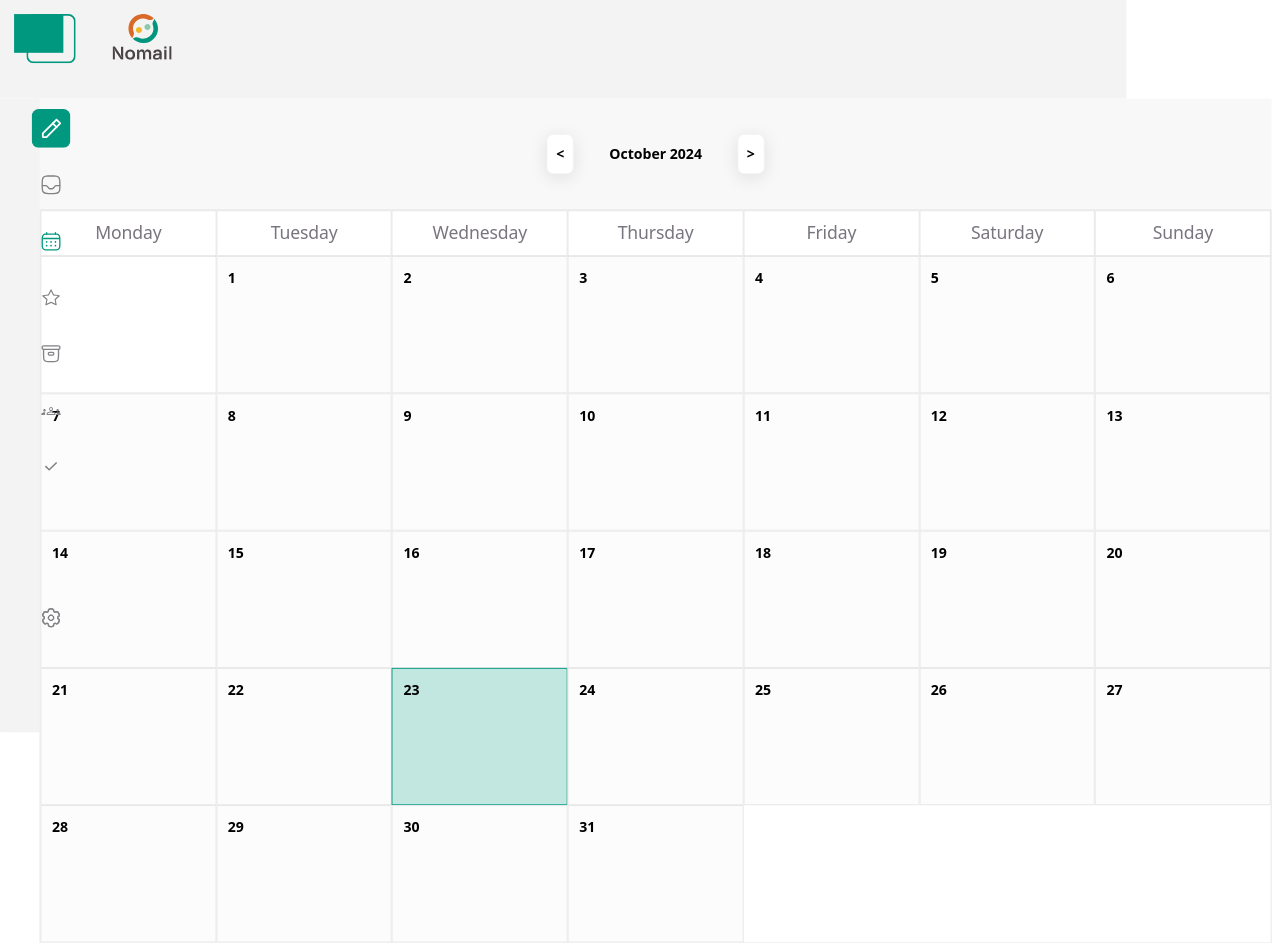
Repository: Tofigkh1/Nomail-App
Page: /calendar
These files come from the project's save history. The page is drawn as it stood at one moment and after the next save; the edit follows.
The browser window is 1280 px wide. The page is 1445 px wide, then 1280 px, so the pictures cover 1445 px, including what lies to the right of the window. The pictures show the whole page, at 88% of full size.
The project was rebuilt for these pictures with package versions that can differ from the ones it lists, and the page was loaded fresh each time. The framework's server and built-in components were replaced by stand-ins that run in the browser. Also part of the build but not shown: next.config.mjs, components/shared/svg/calendarSvg.jsx.

Above is the page before, as saved 2024-10-23 03:19:14.

### app/layout.tsx
import type { Metadata } from "next";
import localFont from "next/font/local";
import "./Styles/globals.css";
import Header from "@/components/shared/client/Header/header";

const geistSans = localFont({
  src: "./fonts/GeistVF.woff",
  variable: "--font-geist-sans",
  weight: "100 900",
});
const geistMono = localFont({
  src: "./fonts/GeistMonoVF.woff",
  variable: "--font-geist-mono",
  weight: "100 900",
});

export const metadata: Metadata = {
  title: "Create Next App",
  description: "Generated by create next app",
};

export default function RootLayout({
  children,
}: Readonly<{
  children: React.ReactNode;
}>) {
  return (
    <html lang="en">
      <body
        className={`${geistSans.variable} ${geistMono.variable} antialiased`}
      >
        {children}

      </body>
    </html>
  );
}

### app/Styles/globals.css
@tailwind base;
@tailwind components;
@tailwind utilities;


.App {
  font-family: sans-serif;
  text-align: center;
}


:root {
  --background: #ffffff;
  --foreground: #171717;
}

@media (prefers-color-scheme: dark) {
  :root {
    --background: #0a0a0a;
    --foreground: #ededed;
  }
}


@layer utilities {
  .text-balance {
    text-wrap: balance;
  }
}

### components/shared/client/Header/header.tsx
import { useContext } from "react";
import { SidebarContext } from '../SideBarMenu/sideBarMenu'; // Import context
import NomailLogo from "@/components/shared/svg/headerlLogoSvg";
import HamburgerBtnSvg from "../../svg/hamburgerBtnSvg"



export default function Header() {

    const { expanded, setExpanded } = useContext(SidebarContext); // Access context

    return (
        <div className="flex items-center justify-between p-4 bg-headerColor text-white">
            <div className='w-auto h-20 flex gap-14'>

                <div>
                    <button onClick={() => setExpanded(!expanded)}
                            className="pl-3.5 bg-textColorGreen hover:bg-clientButtonGreen w-14 h-11">
                        <HamburgerBtnSvg/>
                    </button>
                </div>

                <div>
                    <NomailLogo/>
                </div>


            </div>
        </div>
    );
}

### components/shared/client/SideBarMenu/sideBarMenu.tsx
import React, { useState, useContext, ReactNode } from "react";
import { ChevronFirst, ChevronLast } from "lucide-react";

export const SidebarContext = React.createContext<{ expanded: boolean; setExpanded: (expanded: boolean) => void; }>({
    expanded: false,
    setExpanded: () => {},
});

// Sidebar component now depends on context for state
export default function Sidebar({ children }: { children: ReactNode }) {
    const { expanded, setExpanded } = useContext(SidebarContext);

    return (
        <aside className="h-screen bg-headerColor">
            <nav
                className={`h-full flex flex-col bg-headerColor border-r border-whiteLight3 transition-all duration-200 ease-in-out ml-3 ${expanded ? "w-[127%] h-[130%] " : "w-[99px]"}`}>

                <ul className=" flex-1 px-3">{children}</ul>
            </nav>
        </aside>
    );
}

// SidebarItem component for individual items inside the sidebar
type SidebarItemProps = {
    icon: ReactNode;   // Icon to display in the sidebar item
    text: string;      // Text to display in the sidebar item
    active: boolean;   // Boolean to determine if the item is active (highlighted)
    onClick: () => void; // Add onClick function to handle clicks
    style?: React.CSSProperties;
};

export function SidebarItem({icon, text, active, onClick,style}: SidebarItemProps) {
    const context = useContext(SidebarContext); // Sidebar context to manage expanded/collapsed state
    const {expanded} = context!;

    return (
        <li
            onClick={onClick} // Attach the click handler here
            style={style}
            className={`group relative flex items-center py-2 px-3 my-1 font-medium rounded-md cursor-pointer duration-300 ease-in-out transition-colors
          ${
                active
                    ? " text-mainRedLight " // Active item style
                    : " text-gray-600 " // Hover style for non-active items
            }`}
        >

            <span className="text-xl transition-all duration-300 ease-in-out">
        {icon}
      </span>

            {/* Text büyütüldü ve boşluk artırıldı */}
            {expanded && (
                <span className="ml-4 text-xl text-black transition-all duration-300 ease-in-out ">
          {text}
        </span>
            )}

            {/* Navbar kapalıyken hover ile çıkan isimler için arka plan yeşil yapıldı */}
            {!expanded && (
                <span
                    className={` absolute left-full whitespace-nowrap bg-textColorGreen text-white rounded-md py-1 px-2 transition-all duration-300 ease-in-out ml-2 opacity-0 group-hover:opacity-100`}
                >
          {text}
        </span>
            )}
        </li>
    );
}

### components/shared/svg/newMail.jsx
'use client'
export default function  newMail(){
    return(
        <>
            <svg width="44" height="44" viewBox="0 0 44 44" fill="none" xmlns="http://www.w3.org/2000/svg">
                <rect width="44" height="44" rx="8" fill="#00987F"/>
                <path fill-rule="evenodd" clip-rule="evenodd"
                      d="M27.5115 11.2439C27.902 10.8534 28.5351 10.8534 28.9257 11.2438L33.1687 15.4863C33.3562 15.6739 33.4616 15.9282 33.4616 16.1935C33.4616 16.4587 33.3562 16.7131 33.1687 16.9006L17.6122 32.4571C17.4247 32.6446 17.1703 32.75 16.9051 32.75H12.6626C12.1103 32.75 11.6626 32.3023 11.6626 31.75V27.5075C11.6626 27.2423 11.768 26.9879 11.9555 26.8004L27.5115 11.2439ZM28.2187 13.3652L13.6626 27.9217V30.75H16.4909L31.0473 16.1935L28.2187 13.3652Z"
                      fill="white"/>
                <path fill-rule="evenodd" clip-rule="evenodd"
                      d="M23.269 15.4864C23.6595 15.0959 24.2927 15.0959 24.6832 15.4864L28.9257 19.7289C29.3162 20.1194 29.3162 20.7526 28.9257 21.1431C28.5352 21.5336 27.902 21.5336 27.5115 21.1431L23.269 16.9006C22.8784 16.5101 22.8784 15.8769 23.269 15.4864Z"
                      fill="white"/>
            </svg>


        </>
    )
}

### components/shared/svg/FavoritesSvg.jsx
'use client'
export default function  favoritesSvg(){
    return(
        <>
            <svg width="44" height="44" viewBox="0 0 44 44" fill="none" xmlns="http://www.w3.org/2000/svg">
                <path
                    d="M15.5808 30.2201C15.4833 30.7528 16.0307 31.1692 16.5132 30.9316L22.0006 28.2246L27.4868 30.9316C27.9693 31.1692 28.5168 30.7528 28.4193 30.2213L27.3818 24.5457L31.7842 20.5188C32.1967 20.142 31.9842 19.4533 31.4317 19.3789L25.3093 18.5438L22.5794 13.3517C22.5274 13.2465 22.4453 13.1576 22.3428 13.0953C22.2402 13.0331 22.1214 13 22 13C21.8787 13 21.7598 13.0331 21.6573 13.0953C21.5547 13.1576 21.4727 13.2465 21.4206 13.3517L18.6907 18.545L12.5683 19.3801C12.0171 19.4545 11.8033 20.1432 12.2146 20.52L16.6182 24.5469L15.5808 30.2225V30.2201ZM21.7119 26.8999L17.1045 29.1725L17.972 24.4245C17.9928 24.3152 17.9852 24.2026 17.9496 24.0969C17.914 23.9911 17.8517 23.8955 17.7682 23.8185L14.1358 20.4948L19.2007 19.8037C19.3054 19.788 19.4046 19.7484 19.4901 19.6883C19.5756 19.6281 19.6448 19.5492 19.6919 19.4581L21.9981 15.0688L24.3068 19.4581C24.354 19.5492 24.4232 19.6281 24.5086 19.6883C24.5941 19.7484 24.6934 19.788 24.7981 19.8037L29.863 20.4936L26.2306 23.8173C26.1469 23.8944 26.0844 23.9903 26.0488 24.0962C26.0133 24.2022 26.0057 24.315 26.0268 24.4245L26.8943 29.1725L22.2869 26.8999C22.1979 26.8555 22.0991 26.8324 21.9988 26.8324C21.8985 26.8324 21.8009 26.8555 21.7119 26.8999Z"
                    fill="#A4A4A9"/>
                <path
                    d="M15.5808 30.2201C15.4833 30.7528 16.0307 31.1692 16.5132 30.9316L22.0006 28.2246L27.4868 30.9316C27.9693 31.1692 28.5168 30.7528 28.4193 30.2213L27.3818 24.5457L31.7842 20.5188C32.1967 20.142 31.9842 19.4533 31.4317 19.3789L25.3093 18.5438L22.5794 13.3517C22.5274 13.2465 22.4453 13.1576 22.3428 13.0953C22.2402 13.0331 22.1214 13 22 13C21.8787 13 21.7598 13.0331 21.6573 13.0953C21.5547 13.1576 21.4727 13.2465 21.4206 13.3517L18.6907 18.545L12.5683 19.3801C12.0171 19.4545 11.8033 20.1432 12.2146 20.52L16.6182 24.5469L15.5808 30.2225V30.2201ZM21.7119 26.8999L17.1045 29.1725L17.972 24.4245C17.9928 24.3152 17.9852 24.2026 17.9496 24.0969C17.914 23.9911 17.8517 23.8955 17.7682 23.8185L14.1358 20.4948L19.2007 19.8037C19.3054 19.788 19.4046 19.7484 19.4901 19.6883C19.5756 19.6281 19.6448 19.5492 19.6919 19.4581L21.9981 15.0688L24.3068 19.4581C24.354 19.5492 24.4232 19.6281 24.5086 19.6883C24.5941 19.7484 24.6934 19.788 24.7981 19.8037L29.863 20.4936L26.2306 23.8173C26.1469 23.8944 26.0844 23.9903 26.0488 24.0962C26.0133 24.2022 26.0057 24.315 26.0268 24.4245L26.8943 29.1725L22.2869 26.8999C22.1979 26.8555 22.0991 26.8324 21.9988 26.8324C21.8985 26.8324 21.8009 26.8555 21.7119 26.8999Z"
                    fill="black" fill-opacity="0.2"/>
            </svg>


        </>
    )
}

### components/shared/svg/ArchiveSvg.jsx
'use client'
export default function archiveSvg(){
    return(
        <>
            <svg width="44" height="44" viewBox="0 0 44 44" fill="none" xmlns="http://www.w3.org/2000/svg">
                <path
                    d="M19 22C19 21.534 19 21.301 19.076 21.117C19.1777 20.8725 19.3723 20.6783 19.617 20.577C19.801 20.5 20.034 20.5 20.5 20.5H23.5C23.966 20.5 24.199 20.5 24.383 20.576C24.6275 20.6777 24.8217 20.8723 24.923 21.117C25 21.301 25 21.534 25 22C25 22.466 25 22.699 24.924 22.883C24.8223 23.1275 24.6277 23.3217 24.383 23.423C24.199 23.5 23.966 23.5 23.5 23.5H20.5C20.034 23.5 19.801 23.5 19.617 23.424C19.3725 23.3223 19.1783 23.1277 19.077 22.883C19 22.699 19 22.466 19 22Z"
                    stroke="#A4A4A9" stroke-width="1.5"/>
                <path
                    d="M19 22C19 21.534 19 21.301 19.076 21.117C19.1777 20.8725 19.3723 20.6783 19.617 20.577C19.801 20.5 20.034 20.5 20.5 20.5H23.5C23.966 20.5 24.199 20.5 24.383 20.576C24.6275 20.6777 24.8217 20.8723 24.923 21.117C25 21.301 25 21.534 25 22C25 22.466 25 22.699 24.924 22.883C24.8223 23.1275 24.6277 23.3217 24.383 23.423C24.199 23.5 23.966 23.5 23.5 23.5H20.5C20.034 23.5 19.801 23.5 19.617 23.424C19.3725 23.3223 19.1783 23.1277 19.077 22.883C19 22.699 19 22.466 19 22Z"
                    stroke="black" stroke-opacity="0.2" stroke-width="1.5"/>
                <path
                    d="M30.5 17V23C30.5 26.771 30.5 28.657 29.328 29.828C28.157 31 26.271 31 22.5 31H21.5C17.729 31 15.843 31 14.672 29.828C13.5 28.657 13.5 26.771 13.5 23V17"
                    stroke="#A4A4A9" stroke-width="1.5" stroke-linecap="round"/>
                <path
                    d="M30.5 17V23C30.5 26.771 30.5 28.657 29.328 29.828C28.157 31 26.271 31 22.5 31H21.5C17.729 31 15.843 31 14.672 29.828C13.5 28.657 13.5 26.771 13.5 23V17"
                    stroke="black" stroke-opacity="0.2" stroke-width="1.5" stroke-linecap="round"/>
                <path
                    d="M12 15C12 14.057 12 13.586 12.293 13.293C12.586 13 13.057 13 14 13H30C30.943 13 31.414 13 31.707 13.293C32 13.586 32 14.057 32 15C32 15.943 32 16.414 31.707 16.707C31.414 17 30.943 17 30 17H14C13.057 17 12.586 17 12.293 16.707C12 16.414 12 15.943 12 15Z"
                    stroke="#A4A4A9" stroke-width="1.5"/>
                <path
                    d="M12 15C12 14.057 12 13.586 12.293 13.293C12.586 13 13.057 13 14 13H30C30.943 13 31.414 13 31.707 13.293C32 13.586 32 14.057 32 15C32 15.943 32 16.414 31.707 16.707C31.414 17 30.943 17 30 17H14C13.057 17 12.586 17 12.293 16.707C12 16.414 12 15.943 12 15Z"
                    stroke="black" stroke-opacity="0.2" stroke-width="1.5"/>
            </svg>

        </>
    )
}

### components/shared/svg/TodoSvg.jsx
'use client'
export default function  todoSvg(){
    return(
        <>
            <svg width="44" height="44" viewBox="0 0 44 44" fill="none" xmlns="http://www.w3.org/2000/svg">
                <path d="M19.8957 27L15 22.2599L16.2239 21.0748L19.8957 24.6299L27.7761 17L29 18.185L19.8957 27Z"
                      fill="#A4A4A9"/>
                <path d="M19.8957 27L15 22.2599L16.2239 21.0748L19.8957 24.6299L27.7761 17L29 18.185L19.8957 27Z"
                      fill="black" fill-opacity="0.2"/>
            </svg>

        </>
    )
}

### components/shared/svg/calendarActiveSvg.jsx
'use client'
export default function  calendarActiveSvg(){
    return(
        <>



     <svg width="44" height="44" viewBox="0 0 44 44" fill="none" xmlns="http://www.w3.org/2000/svg">
<path fill-rule="evenodd" clip-rule="evenodd" d="M15.711 14.8898C14.7049 15.0251 14.1254 15.2789 13.7026 15.7021C13.2793 16.125 13.0251 16.7049 12.8898 17.711C12.7516 18.7386 12.75 20.0933 12.75 22V24C12.75 25.9067 12.7516 27.2614 12.8898 28.289C13.0251 29.2951 13.2789 29.8746 13.7021 30.2974C14.125 30.7207 14.7049 30.9749 15.711 31.1102C16.7386 31.2484 18.0933 31.25 20 31.25H24C25.9067 31.25 27.2614 31.2484 28.289 31.1102C29.2951 30.9749 29.8746 30.7211 30.2974 30.2979C30.7207 29.875 30.9749 29.2951 31.1102 28.289C31.2484 27.2614 31.25 25.9067 31.25 24V22C31.25 20.0933 31.2484 18.7386 31.1102 17.711C30.9749 16.7049 30.7211 16.1254 30.2979 15.7026C29.875 15.2793 29.2951 15.0251 28.289 14.8898C27.2614 14.7516 25.9067 14.75 24 14.75H20C18.0933 14.75 16.7386 14.7516 15.711 14.8898ZM19.9436 13.25H24.0564C25.8941 13.25 27.3497 13.25 28.489 13.4032C29.6612 13.5608 30.6101 13.893 31.3581 14.6414C32.1069 15.3896 32.4391 16.3386 32.5968 17.511C32.75 18.6503 32.75 20.1059 32.75 21.9436V24.0565C32.75 25.8941 32.75 27.3498 32.5968 28.489C32.4391 29.6613 32.1069 30.6102 31.3583 31.3583C30.6102 32.1069 29.6613 32.4391 28.489 32.5968C27.3498 32.75 25.8941 32.75 24.0565 32.75H19.9436C18.1059 32.75 16.6503 32.75 15.511 32.5968C14.3386 32.4391 13.3896 32.1069 12.6414 31.3581C11.893 30.6101 11.5608 29.6612 11.4032 28.489C11.25 27.3497 11.25 25.8941 11.25 24.0564V21.9436C11.25 20.1059 11.25 18.6503 11.4032 17.511C11.5609 16.3387 11.8931 15.3898 12.6417 14.6417C13.3898 13.8931 14.3387 13.5609 15.511 13.4032C16.6503 13.25 18.1059 13.25 19.9436 13.25Z" fill="#00987F"/>
<path fill-rule="evenodd" clip-rule="evenodd" d="M17 11.75C17.4142 11.75 17.75 12.0858 17.75 12.5V14C17.75 14.4142 17.4142 14.75 17 14.75C16.5858 14.75 16.25 14.4142 16.25 14V12.5C16.25 12.0858 16.5858 11.75 17 11.75ZM27 11.75C27.4142 11.75 27.75 12.0858 27.75 12.5V14C27.75 14.4142 27.4142 14.75 27 14.75C26.5858 14.75 26.25 14.4142 26.25 14V12.5C26.25 12.0858 26.5858 11.75 27 11.75ZM11.75 19C11.75 18.5858 12.0858 18.25 12.5 18.25H31.5C31.9142 18.25 32.25 18.5858 32.25 19C32.25 19.4142 31.9142 19.75 31.5 19.75H12.5C12.0858 19.75 11.75 19.4142 11.75 19Z" fill="#00987F"/>
<path d="M28 27C28 27.2652 27.8946 27.5196 27.7071 27.7071C27.5196 27.8946 27.2652 28 27 28C26.7348 28 26.4804 27.8946 26.2929 27.7071C26.1054 27.5196 26 27.2652 26 27C26 26.7348 26.1054 26.4804 26.2929 26.2929C26.4804 26.1054 26.7348 26 27 26C27.2652 26 27.5196 26.1054 27.7071 26.2929C27.8946 26.4804 28 26.7348 28 27ZM28 23C28 23.2652 27.8946 23.5196 27.7071 23.7071C27.5196 23.8946 27.2652 24 27 24C26.7348 24 26.4804 23.8946 26.2929 23.7071C26.1054 23.5196 26 23.2652 26 23C26 22.7348 26.1054 22.4804 26.2929 22.2929C26.4804 22.1054 26.7348 22 27 22C27.2652 22 27.5196 22.1054 27.7071 22.2929C27.8946 22.4804 28 22.7348 28 23ZM23 27C23 27.2652 22.8946 27.5196 22.7071 27.7071C22.5196 27.8946 22.2652 28 22 28C21.7348 28 21.4804 27.8946 21.2929 27.7071C21.1054 27.5196 21 27.2652 21 27C21 26.7348 21.1054 26.4804 21.2929 26.2929C21.4804 26.1054 21.7348 26 22 26C22.2652 26 22.5196 26.1054 22.7071 26.2929C22.8946 26.4804 23 26.7348 23 27ZM23 23C23 23.2652 22.8946 23.5196 22.7071 23.7071C22.5196 23.8946 22.2652 24 22 24C21.7348 24 21.4804 23.8946 21.2929 23.7071C21.1054 23.5196 21 23.2652 21 23C21 22.7348 21.1054 22.4804 21.2929 22.2929C21.4804 22.1054 21.7348 22 22 22C22.2652 22 22.5196 22.1054 22.7071 22.2929C22.8946 22.4804 23 22.7348 23 23ZM18 27C18 27.2652 17.8946 27.5196 17.7071 27.7071C17.5196 27.8946 17.2652 28 17 28C16.7348 28 16.4804 27.8946 16.2929 27.7071C16.1054 27.5196 16 27.2652 16 27C16 26.7348 16.1054 26.4804 16.2929 26.2929C16.4804 26.1054 16.7348 26 17 26C17.2652 26 17.5196 26.1054 17.7071 26.2929C17.8946 26.4804 18 26.7348 18 27ZM18 23C18 23.2652 17.8946 23.5196 17.7071 23.7071C17.5196 23.8946 17.2652 24 17 24C16.7348 24 16.4804 23.8946 16.2929 23.7071C16.1054 23.5196 16 23.2652 16 23C16 22.7348 16.1054 22.4804 16.2929 22.2929C16.4804 22.1054 16.7348 22 17 22C17.2652 22 17.5196 22.1054 17.7071 22.2929C17.8946 22.4804 18 22.7348 18 23Z" fill="#00987F"/>
</svg>



        </>
    )
}

### components/shared/svg/hamburgerBtnSvg.jsx
'use client'
export default function  HamburgerBtnSvg(){
    return(
        <>
            <svg width="56" height="56" viewBox="0 0 56 56" fill="none" xmlns="http://www.w3.org/2000/svg">
                <rect x="1" y="1" width="54" height="54" rx="7" stroke="#00987F" stroke-width="2"/>
                <path d="M19 22H37V24H19V22ZM19 27H37V29H19V27ZM19 32H37V34H19V32Z" fill="#00987F"/>
            </svg>


        </>
    )
}

### components/shared/client/Calendar/Calendar.css
.calendar-container {
    width: 1400px;
    background-color: #f8f8f8;
    color: black;
    margin: 0 auto;
  }

  .calendar-header {
    display: flex;
    justify-content: center;
    align-items: center;
    gap: 40px;
    padding: 40px 0;
  }

  .calendar-header button {
    background-color: white;
    color: black;
    border-radius: 8px;
    border: 1px solid #f2f2f7;
    padding: 10px;
    cursor: pointer;
    box-shadow: 0px 4px 20px 0px rgba(0, 0, 0, 0.1);
  }

  .calendar-header span {
    font-weight: bold;
  }

  .calendar-grid {
    display: grid;
    grid-template-columns: repeat(7, 1fr);
    justify-content: center;
    align-items: center;
    border: 1px solid #e5e5e5;
    background-color: #fff;
  }

  .calendar-day-name {
    font-size: 20px;
    font-style: normal;
    font-weight: 400;
    letter-spacing: -0.15px;
    color: #79747e;
    padding: 10px;
    border: 1px solid #e5e5e5;
    width: 100%;
    text-align: center;
  }

  .calendar-day {
    background-color: #f0f0f0;
    text-align: center;
    cursor: pointer;
    display: flex;
    width: 100%;
    border: 1px solid #e5e5e5;
    padding: 12px;
    height: 156px;
    flex-direction: column;
    align-items: flex-start;
    background-color: #fcfcfc;
  }
  .calendar-day:hover {
    background-color: #e5e5ea;
  }

  .calendar-day.today {
    border: 1px solid #00987f;
    background-color: #00987f3d;
  }

  .calendar-day.empty {
    background-color: transparent;
    cursor: default;
  }

  .calendar-popup {
    position: fixed;
    top: 20%;
    left: 50%;
    transform: translate(-50%, 0);
    background-color: white;
    border: 1px solid #ddd;
    box-shadow: 0 2px 10px rgba(0, 0, 0, 0.1);
    z-index: 1000;
    display: flex;
    flex-direction: column;
    gap: 5px;
  }

  .popup-header {
    width: 100%;
    display: flex;
    justify-content: space-between;
    box-shadow: 2px 2px 40px 0px rgba(0, 0, 0, 0.16);
    padding: 10px;
  }

  .discard-btn,
  .save-btn {
    background-color: #fff;
    border: none;
    padding: 5px 10px;
    cursor: pointer;
    font-size: 14px;
    border-radius: 4px;
  }
  .popup-external {
    display: flex;
    justify-content: space-between;
    align-items: center;
  }
  .save-btn {
    background-color: #00987f;
    color: white;
    display: flex;
    align-items: center;
    justify-content: space-between;
    gap: 5px;
    padding: 7.5px 8px;
  }

  .discard-btn {
    color: white;
    display: flex;
    align-items: flex-start;
    gap: 8px;
    color: black;
  }

  .popup-content {
    display: flex;
    flex-direction: column;
    gap: 10px;
    padding: 10px;
  }
  .firstContainer {
    display: flex;
    justify-content: center;
    gap: 10px;
    padding: 10px;
  }
  .secondContainer {
    display: flex;
    align-items: center;
    gap: 10px;
    padding: 10px;
  }
  .thirdContainer {
    display: flex;
    align-items: center;
    gap: 10px;
    padding: 10px;
  }
  .inputContainers {
    display: flex;
    gap: 10px;
  }
  .dateInput {
    padding: 5px;
    border: 1px solid #e5e5e5;
    border-radius: 10px;
  }
  .timeInput {
    padding: 5px;
    border: 1px solid #e5e5e5;
    border-radius: 10px;
  }
  .textAreaInput {
      padding: 5px;
      width: 100%;
  }
  .textAreaInput:focus {
      outline: none;
      border-bottom: 2px solid #00987f;
  }
  .textInput {
      padding: 5px;
  }
  .textInput:focus {
      outline: none;
      border-bottom: 2px solid #00987f;
  }
  .event-list {
      width: 100%;
      height: 100%;
      display: flex;
      align-items: end;
  }
  .event-item {
      display: flex;
      justify-content: space-between;
      align-items: center;
      width: 100%;
  }
  .goldenText {
      color: #FFC531;
  }


  /* Toggle düğmesi (switch) stil */
  .switch {
      position: relative;
      display: inline-block;
      width: 50px;
      height: 24px;
    }

    /* Gizlenen varsayılan checkbox */
    .switch input {
      opacity: 0;
      width: 0;
      height: 0;
    }

    /* Slider stil (toggle kısmı) */
    .slider {
      position: absolute;
      cursor: pointer;
      top: 0;
      left: 0;
      right: 0;
      bottom: 0;
      background-color: #ccc;
      transition: 0.4s;
      border-radius: 34px;
    }

    .slider:before {
      position: absolute;
      content: "";
      height: 20px;
      width: 20px;
      left: 4px;
      bottom: 2px;
      background-color: white;
      transition: 0.4s;
      border-radius: 50%;
    }

    /* Checkbox checked olunca stil */
    input:checked + .slider {
      background-color: #2196F3;
    }

    /* Toggle yuvarlağının sağa geçmesi */
    input:checked + .slider:before {
      transform: translateX(26px);
    }

    /* Slider yuvarlatılmış köşeler */
    .slider.round {
      border-radius: 34px;
    }

    .slider.round:before {
        border-radius:50%;
}

### tailwind.config.ts
import type { Config } from "tailwindcss";

const config: Config = {
  content: [
    "./pages/**/*.{js,ts,jsx,tsx,mdx}",
    "./components/**/*.{js,ts,jsx,tsx,mdx}",
    "./app/**/*.{js,ts,jsx,tsx,mdx}",
  ],
  theme: {
    extend: {
      colors: {
        background: "var(--background)",
        foreground: "var(--foreground)",
        headerColor: "#F3F3F3",
        textColorGreen: "#00987F",
        textGray: "#A4A4A9",
        sideBarColor: "#E5E5E5",
        textColGreen: "#00987F",
        bordersColor: "#D1D1D6"
      },
    },
  },
  plugins: [],
};
export default config;

Loaded but not shown: components/shared/svg/settingSvg.jsx (25 lines, source omitted); components/shared/client/Calendar/index.jsx (361 lines, source omitted); components/shared/svg/InboxSvg.jsx (17 lines, source omitted); components/shared/svg/groupSvg.jsx (17 lines, source omitted); components/shared/svg/headerlLogoSvg.jsx (38 lines, source omitted); app/calendar/page.tsx (100 lines, source omitted)

After the next save:
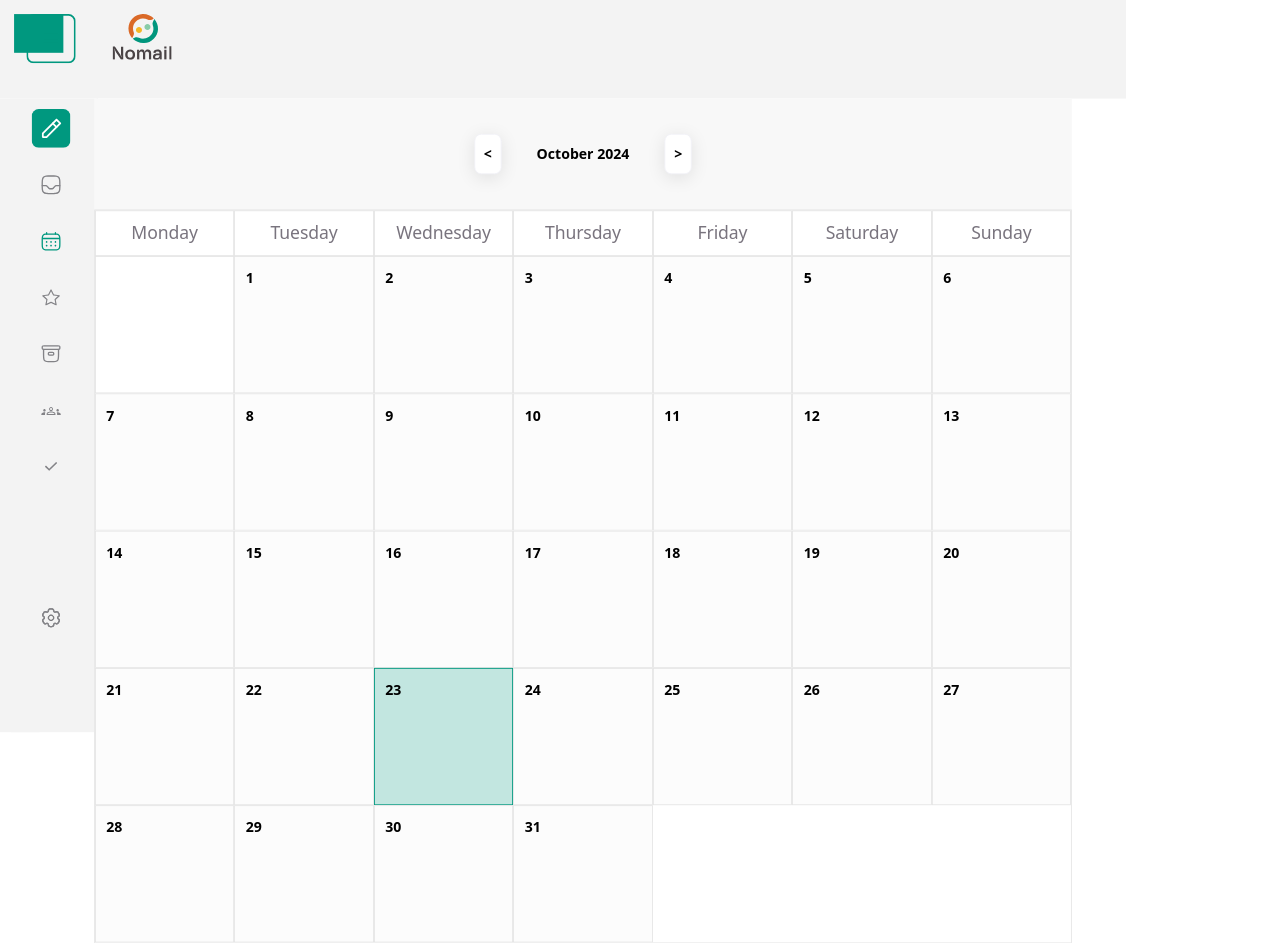
Saved 7 s later.
--- a/components/shared/client/Calendar/Calendar.css
+++ b/components/shared/client/Calendar/Calendar.css
@@ -1,5 +1,5 @@
 .calendar-container {
-    width: 1400px;
+    width: 90%;
     background-color: #f8f8f8;
     color: black;
     margin: 0 auto;
